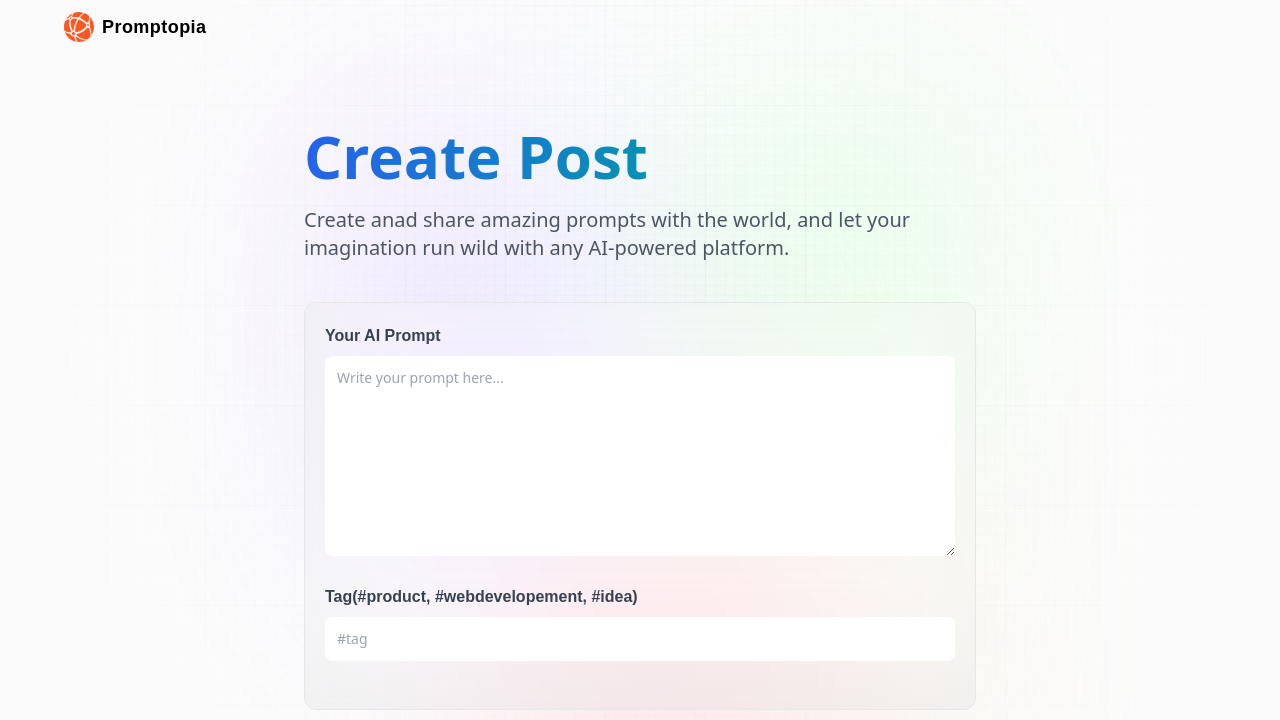
Repository: shraddesh123/promptAI
Page: /create-prompt
These files come from the project's save history. The page is drawn as it stood at one moment and after a run of saves; the edit follows.
The browser window is 1280 px wide. The pictures show the whole page.
The page's requests for data from a server got no answer. The project was rebuilt for these pictures with package versions that can differ from the ones it lists, and the page was loaded fresh each time. The framework's server and built-in components were replaced by stand-ins that run in the browser. No one was signed in, and anything a server would have sent is missing. Also part of the build but not shown: next.config.mjs.

Above is the page before, as saved 2024-08-02 18:47:18.

After the next 5 saves:
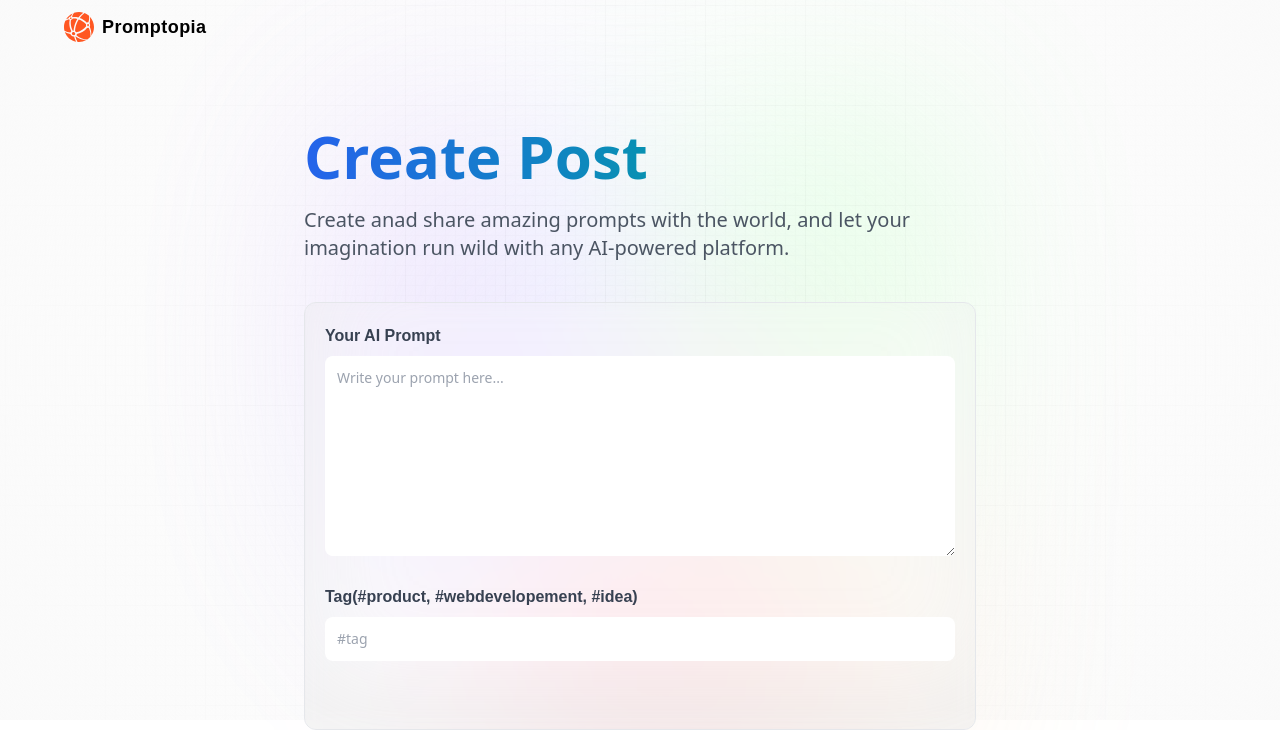
The 5 saves are shown as one change because they came seconds apart.
The last was saved 16 s later.
--- a/components/Form.jsx
+++ b/components/Form.jsx
@@ -32,7 +32,7 @@ const Form = ({ type, post, setPost, Submitting, handleSubmit }) => {
             className="form_input" >
           </input>
         </label>
-        <div className="">
+        <div className="flex-end mx-3 mb-5 gap-4">
 
         </div>
       </form>
